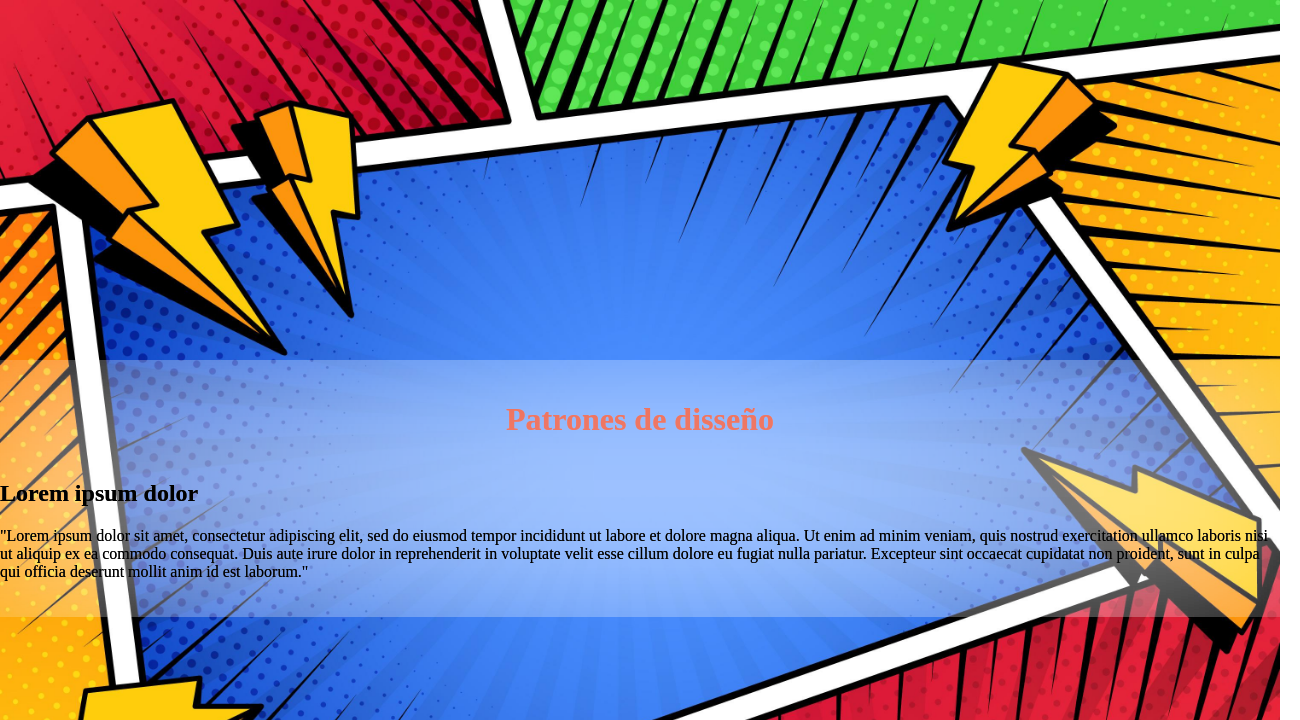
Repository: nrsWebs/design-pattern-es
Page: index.html
The author's editor kept a copy of each file at every save. The page is drawn from the files as they stood at one save, then again after the next save.
The browser window is 1280 px wide. The page is 1300 px wide, so the pictures cover 1300 px, including what lies to the right of the window. The pictures show the whole page.

Above is the page before, as saved 2021-02-06 19:19:38.

### index.html
<!DOCTYPE html>
<html>
<head>
<script src="https://ajax.googleapis.com/ajax/libs/jquery/3.5.1/jquery.min.js"></script>
<link rel="stylesheet" href="source/main.css">
</head>
<body>
    <div class="main-content">
        <div id="general" class="box">
            <div class="glass"></div>
            <h1>Patrones de disseño</h1>
            <div class="information">
                <h2>Lorem ipsum dolor</h2>
                <p>"Lorem ipsum dolor sit amet, consectetur adipiscing elit, sed do eiusmod tempor incididunt ut labore et dolore magna aliqua. Ut enim ad minim veniam, quis nostrud exercitation ullamco laboris nisi ut aliquip ex ea commodo consequat. Duis aute irure dolor in reprehenderit in voluptate velit esse cillum dolore eu fugiat nulla pariatur. Excepteur sint occaecat cupidatat non proident, sunt in culpa qui officia deserunt mollit anim id est laborum."</p>
            </div>
        </div>
        <div id="cat-1" class="box hidden-container">
            <div class="glass"></div>
            <h1>Patrones de disseño</h1>
            <div class="information">
                <h2>Lorem ipsum dolor</h2>
                <p>"Lorem ipsum dolor sit amet, consectetur adipiscing elit, sed do eiusmod tempor incididunt ut labore et dolore magna aliqua. Ut enim ad minim veniam, quis nostrud exercitation ullamco laboris nisi ut aliquip ex ea commodo consequat. Duis aute irure dolor in reprehenderit in voluptate velit esse cillum dolore eu fugiat nulla pariatur. Excepteur sint occaecat cupidatat non proident, sunt in culpa qui officia deserunt mollit anim id est laborum."</p>
            </div>
        </div>
    </div>
</body>
<footer>
    <a class="hidden-container" href="https://www.freepik.es/vectores/fondo">Vector de Fondo creado por coolvector - www.freepik.es</a>
</footer>
<script>

</script>
</html>

### source/main.css
:root {
    --main: #000;
    --secondary:  #E94F37;
}
.hidden-container{
    display: none;;
}
body {
    background-image: url('./images/4845746.jpg');
     background-repeat: no-repeat;
    background-attachment: fixed;
    background-size: cover;
    display: flex;
    justify-content: center;
    width: 100%;
    color: var(--main);
}
.main-content{
    display: block;
    width: 100%;

}
h1{
    text-align: center;
    color: var(--secondary)
}
.box {
    display: flex;
    flex-direction: column;
    justify-content: space-around;
    width: 100%;
    max-width: 1440px;
    padding: 20px;
    position: absolute;
    top: 50%;
    left: 50%;
    transform: translateY(-50%);
    transform: translateX(-50%);
    overflow: hidden;
    border-radius: 10px;
}
.box .information{
    z-index: 99;
}
/* GLASS EFFECT */
.glass{
    background: inherit;
    width: 100%;
    height: 100%;
}
.glass:before {
    content: '';
    width: 100%;
    height: 100%;
    background: inherit;
    position: absolute;
    left: 0;
    right: 0;
    top: 0;
    bottom: 0;
    box-shadow: inset 0 0 0 200px rgba(255,255,255,0.3);
    filter: blur(90px);
    border-radius: 5px;
}

After the next save:
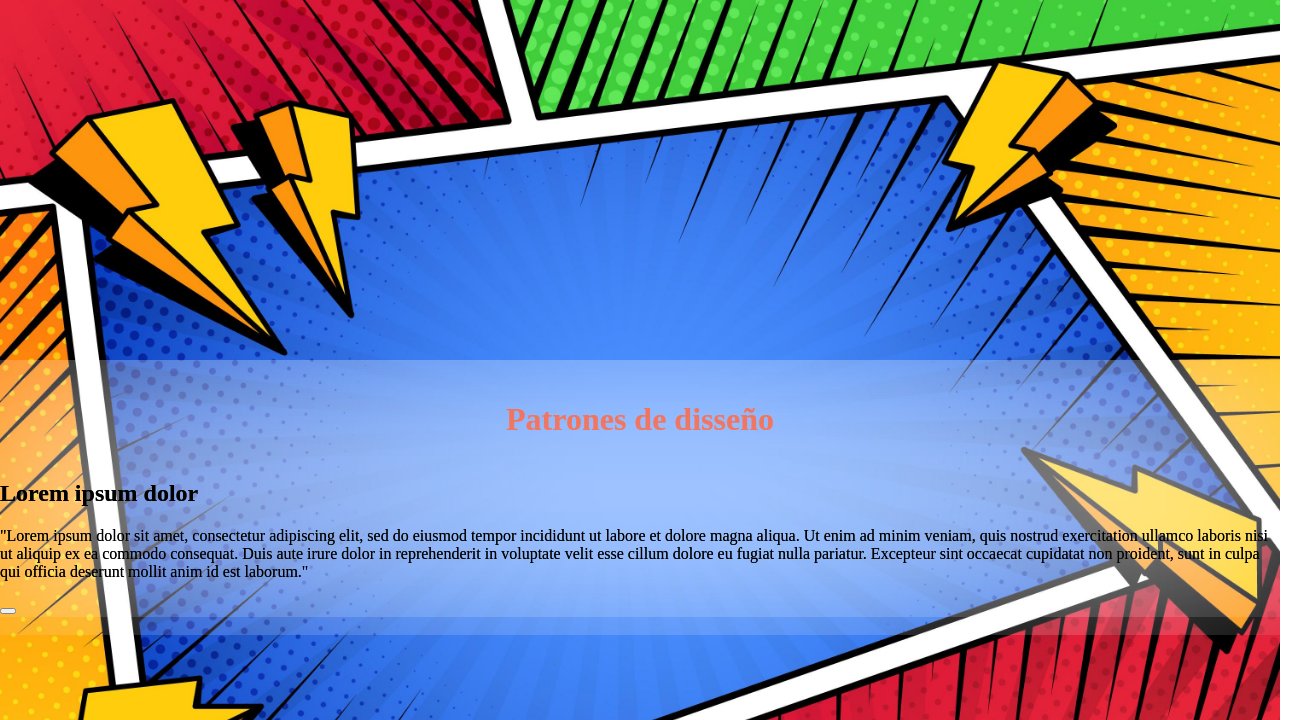
Saved 39 s later.
--- a/index.html
+++ b/index.html
@@ -12,6 +12,7 @@
             <div class="information">
                 <h2>Lorem ipsum dolor</h2>
                 <p>"Lorem ipsum dolor sit amet, consectetur adipiscing elit, sed do eiusmod tempor incididunt ut labore et dolore magna aliqua. Ut enim ad minim veniam, quis nostrud exercitation ullamco laboris nisi ut aliquip ex ea commodo consequat. Duis aute irure dolor in reprehenderit in voluptate velit esse cillum dolore eu fugiat nulla pariatur. Excepteur sint occaecat cupidatat non proident, sunt in culpa qui officia deserunt mollit anim id est laborum."</p>
+                <button data-link="cat-1"></button>
             </div>
         </div>
         <div id="cat-1" class="box hidden-container">
